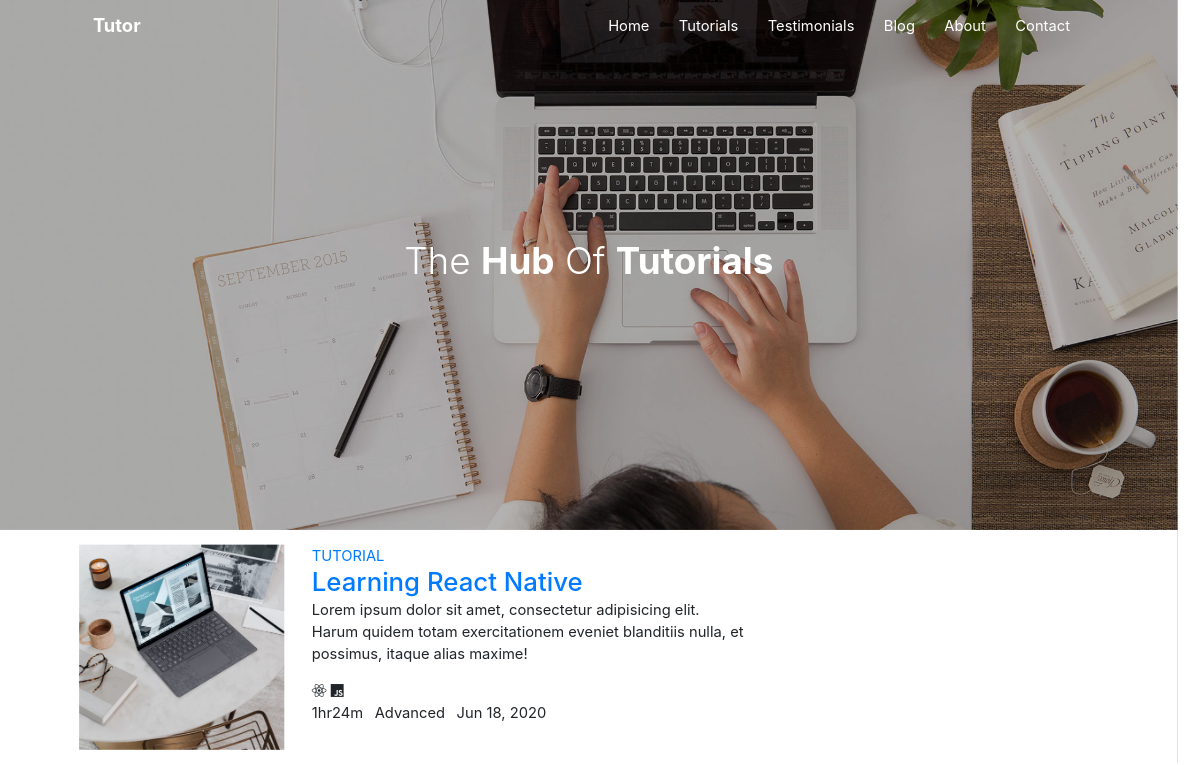
Repository: longvh2003/Tutor
Page: Views/home.html
An editor plug-in stored every save of this project. The page is shown before and after the next save, followed by the edit.
The browser window is 1280 px wide. The page is 1280 px wide, then 1308 px, so the pictures cover 1308 px, including what lies to the right of the window. The pictures show the whole page, at 92% of full size.
Some web libraries are served in a nearby version.

Above is the page before, as saved 2020-08-12 16:46:29.

### Views/home.html
<html lang="en">

<head>
    <meta charset="UTF-8">
    <meta name="viewport" content="width=device-width, initial-scale=1.0">
    <title>Home</title>
    <link rel="stylesheet" href="https://stackpath.bootstrapcdn.com/bootstrap/4.5.2/css/bootstrap.min.css"
        integrity="sha384-JcKb8q3iqJ61gNV9KGb8thSsNjpSL0n8PARn9HuZOnIxN0hoP+VmmDGMN5t9UJ0Z" crossorigin="anonymous">
    <link rel="stylesheet" href="https://use.fontawesome.com/releases/v5.12.0/css/all.css"
        integrity="sha384-REHJTs1r2ErKBuJB0fCK99gCYsVjwxHrSU0N7I1zl9vZbggVJXRMsv/sLlOAGb4M" crossorigin="anonymous" />
        <link rel="stylesheet" href="../Css/header.css">
        <link rel="stylesheet" href="../Css/home.css">
</head>

<body>
    <section class="header">
        <div class="opacity"></div>
        <div class="container">
            <nav class="navbar navbar-light">
                <a class="navbar-brand text-white" href="#"><strong>Tutor</strong></a>
                <ul class="nav justify-content-center">
                    <li class="nav-item">
                        <a class="nav-link text-white" href="#">Home</a>
                    </li>
                    <li class="nav-item">
                        <a class="nav-link text-white" href="#">Tutorials</a>
                    </li>
                    <li class="nav-item">
                        <a class="nav-link text-white" href="#">Testimonials</a>
                    </li>
                    <li class="nav-item">
                        <a class="nav-link text-white" href="#">Blog</a>
                    </li>
                    <li class="nav-item">
                        <a class="nav-link text-white" href="#">About</a>
                    </li>
                    <li class="nav-item">
                        <a class="nav-link text-white" href="#">Contact</a>
                    </li>
                </ul>
            </nav>
            <div class="title-header">
                <h1 class="text-white">The <strong>Hub</strong> Of <strong>Tutorials</strong></h1>
            </div>
        </div>
    </section>
    <div class="container latest-content">
        <div class="row">
            <div class="col-lg-8">
                <div class="row">
                    <div class="col-md-4">
                        <img class="img-latest-content" src="../Image/img_1.jpg" alt="...">
                    </div>
                    <div class="col-md-8">
                        <div><a href="#">TUTORIAL</a></div>
                        <div><a href="#" class="h3">Learning React Native</a></div>
                        <p>Lorem ipsum dolor sit amet, consectetur adipisicing elit. Harum quidem totam exercitationem
                            eveniet blanditiis nulla, et possimus, itaque alias maxime!</p>
                        <div>
                            <span><i class="fab fa-react"></i></span>
                            <span><i class="fab fa-js"></i></span>
                        </div>
                        <p>
                            <span class="mr-2">1hr24m</span>
                            <span class="mr-2">Advanced</span>
                            <span class="mr-2">Jun 18, 2020</span>
                        </p>
                    </div>
                </div>
            </div>
        </div>
    </div>
</body>

</html>

### Css/header.css
body {
    font-family: "Raleway", -apple-system, BlinkMacSystemFont, "Segoe UI", Roboto,
      "Helvetica Neue", Arial, "Noto Sans", sans-serif, "Apple Color Emoji",
      "Segoe UI Emoji", "Segoe UI Symbol", "Noto Color Emoji";
  }
  .header{
      background: url(../Image/hero_bg.jpg) no-repeat center center;
      height: 36rem;
      background-size: cover;
  }
  .opacity{
      position: absolute;
      width: 100%;
      height: 36rem;
      background: rgba(0, 0, 0, 0.3);
  }
  .title-header{
      position: absolute;
      z-index: 1;
      top: 40%;
      left: 50%;
      transform: translate(-50%,-50%);
  }
  .title-header h1{
      font-weight: 300;
  }
  .title-header strong{
      font-weight: bold;
  }

### Css/home.css
.latest-content{
    padding: 1rem;
}
.img-latest-content{
    width: 100%;
    height: auto;
}

After the next save:
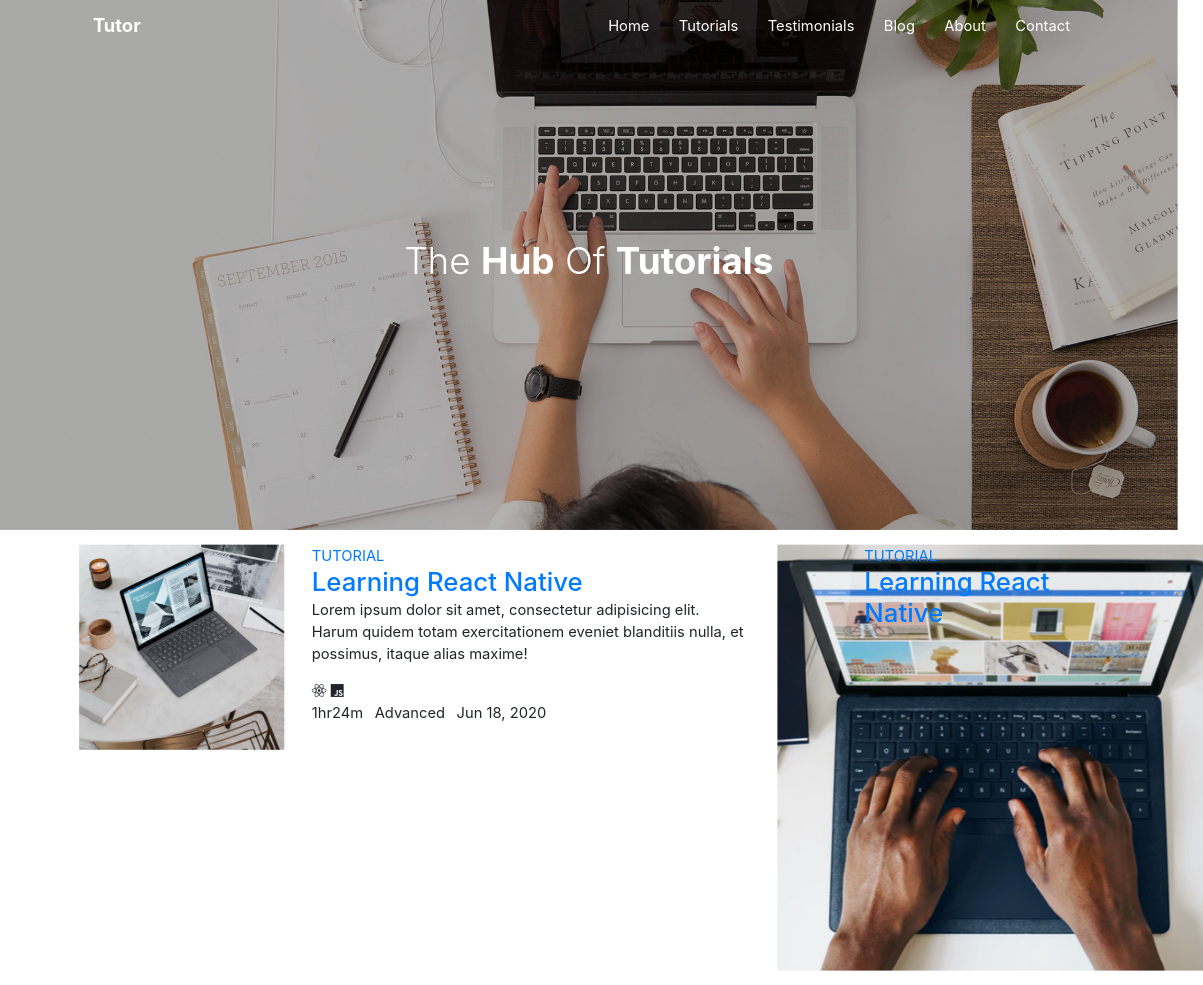
Saved 2 min 30 s later.
--- a/Views/home.html
+++ b/Views/home.html
@@ -68,6 +68,15 @@
                     </div>
                 </div>
             </div>
+            <div class="col-lg-4">
+                <div class="row">
+                    <div class="col-3"><img src="../Image/img_2.jpg" alt="..."></div>
+                    <div class="col-9">
+                        <div><a href="#">TUTORIAL</a></div>
+                        <div><a href="#" class="h3">Learning React Native</a></div>
+                    </div>
+                </div>
+            </div>
         </div>
     </div>
 </body>
